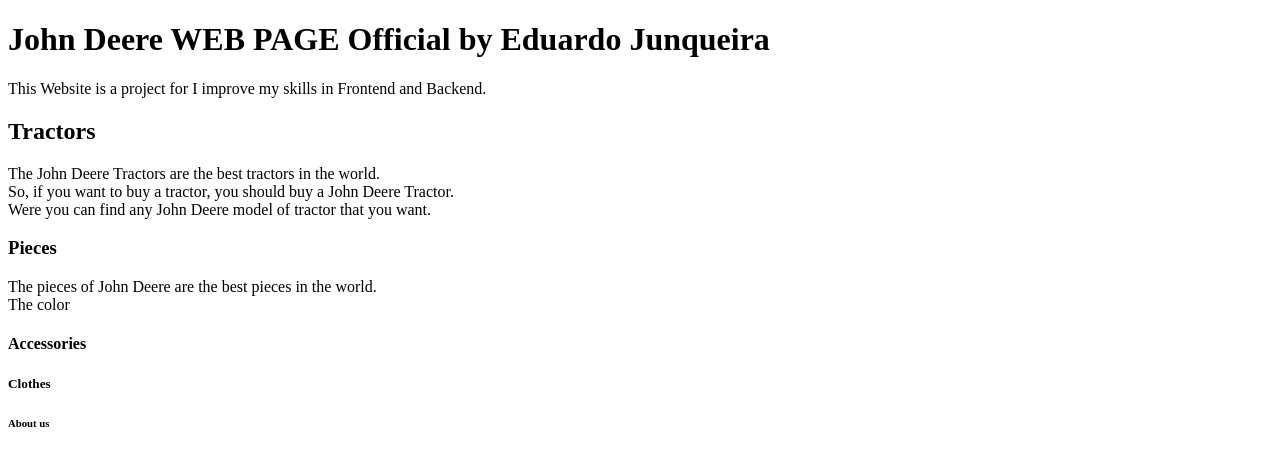
Repository: EduardoJunqueira2004/WEBJohnDeere
Page: index.html
An editor plug-in stored every save of this project. The page is shown before and after the next save, followed by the edit.
The browser window is 1280 px wide. The pictures show the whole page.

Above is the page before, as saved 2024-12-05 11:00:42.

### index.html
<!DOCTYPE html>
<html lang="en">
<head>
    <meta charset="UTF-8">
    <meta name="viewport" content="width=device-width, initial-scale=1.0">
    <title>Index.html</title>
</head>
<body>
    <!--heder1-->
    <h1>John Deere WEB PAGE Official by Eduardo Junqueira</h1>
    <p>
        This Website is a project for I improve my skills in Frontend and Backend.
    </p>
    <!--heder2-->
    <h2>Tractors</h2>
    <p>
        The John Deere Tractors are the best tractors in the world.<br>
        So, if you want to buy a tractor, you should buy a John Deere Tractor.<br>
        Were you can find any John Deere  model of tractor that you want.
    </p>
    <!--heder3-->
    <h3>Pieces</h3>
    <p>
        The pieces of John Deere are the best pieces in the world.<br>
        The color
    </p>
    <!--heder4-->
    <h4>Accessories</h4>
    <!--heder5-->
    <h5>Clothes</h5>
    <!--heder6-->
    <h6>About us</h6>

</body>
</html>

After the next save:
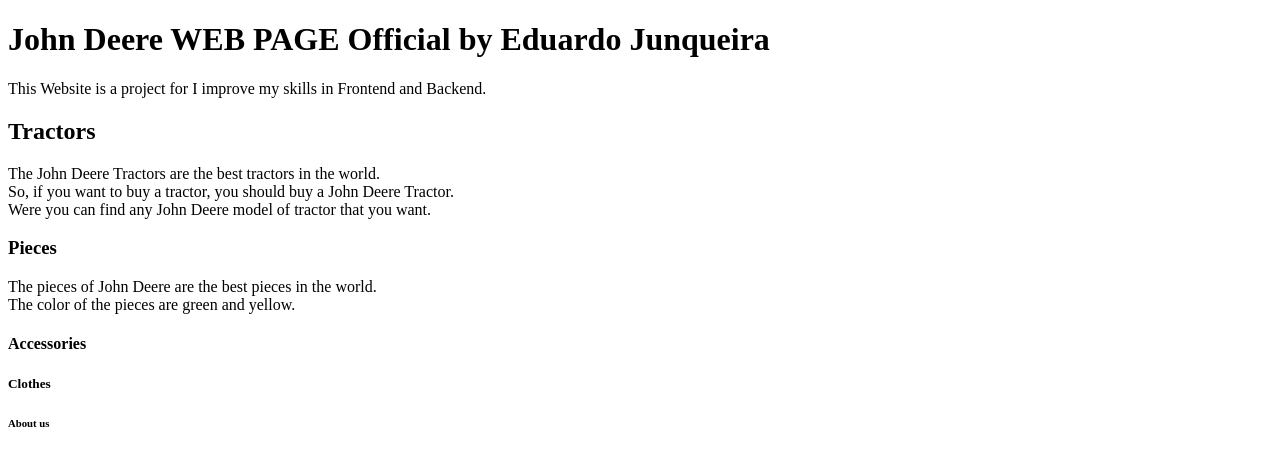
Saved 4 s later.
--- a/index.html
+++ b/index.html
@@ -22,7 +22,7 @@
     <h3>Pieces</h3>
     <p>
         The pieces of John Deere are the best pieces in the world.<br>
-        The color
+        The color of the pieces are green and yellow.<br>
     </p>
     <!--heder4-->
     <h4>Accessories</h4>
